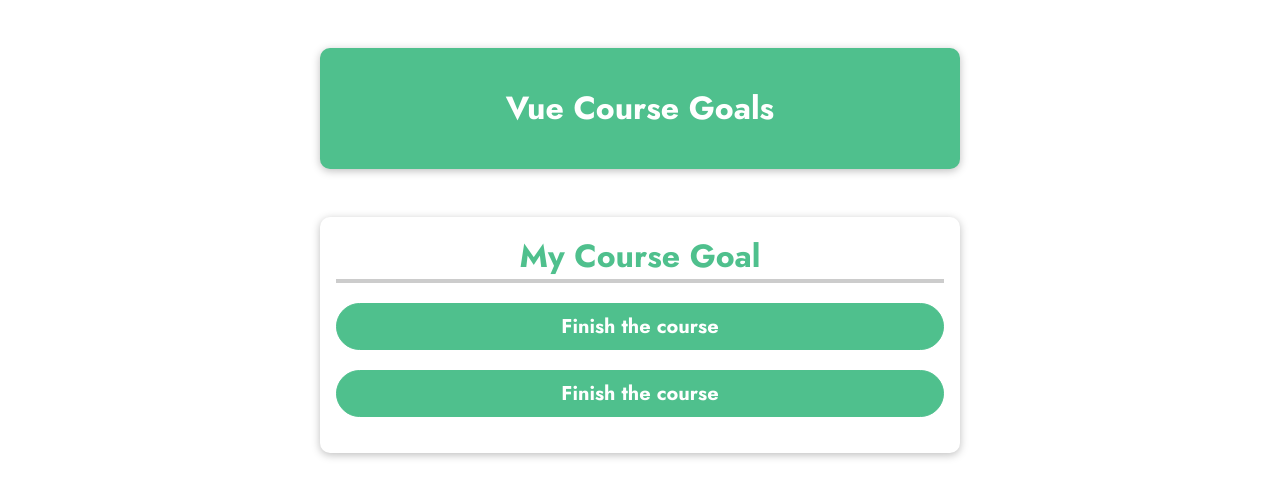
Repository: zmarkoni/Vue-The-Complete-Guide
Page: basics-01-starting-code/index.html
An editor plug-in stored every save of this project. The page is shown before and after the next save, followed by the edit.
The browser window is 1280 px wide. The pictures show the whole page.

Above is the page before, as saved 2020-12-29 10:07:04.

After the next save:
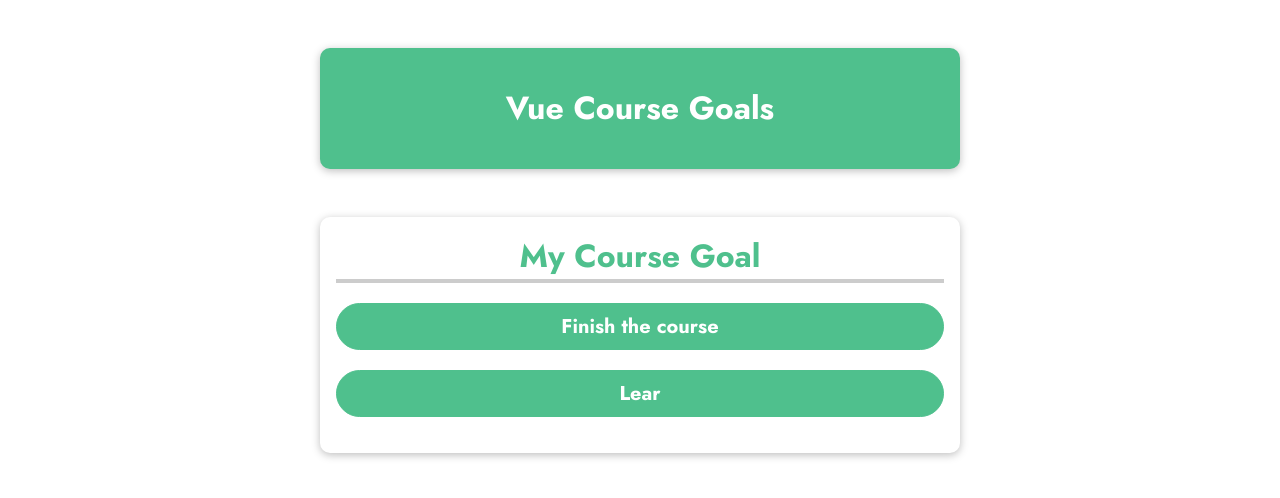
Saved 6 s later.
--- a/basics-01-starting-code/index.html
+++ b/basics-01-starting-code/index.html
@@ -19,7 +19,7 @@
     <section id="user-goal">
       <h2>My Course Goal</h2>
       <p>{{ courseGoal }}</p>
-      <p>{{ courseGoal }}</p>
+      <p>Lear </p>
     </section>
   </body>
 </html>
